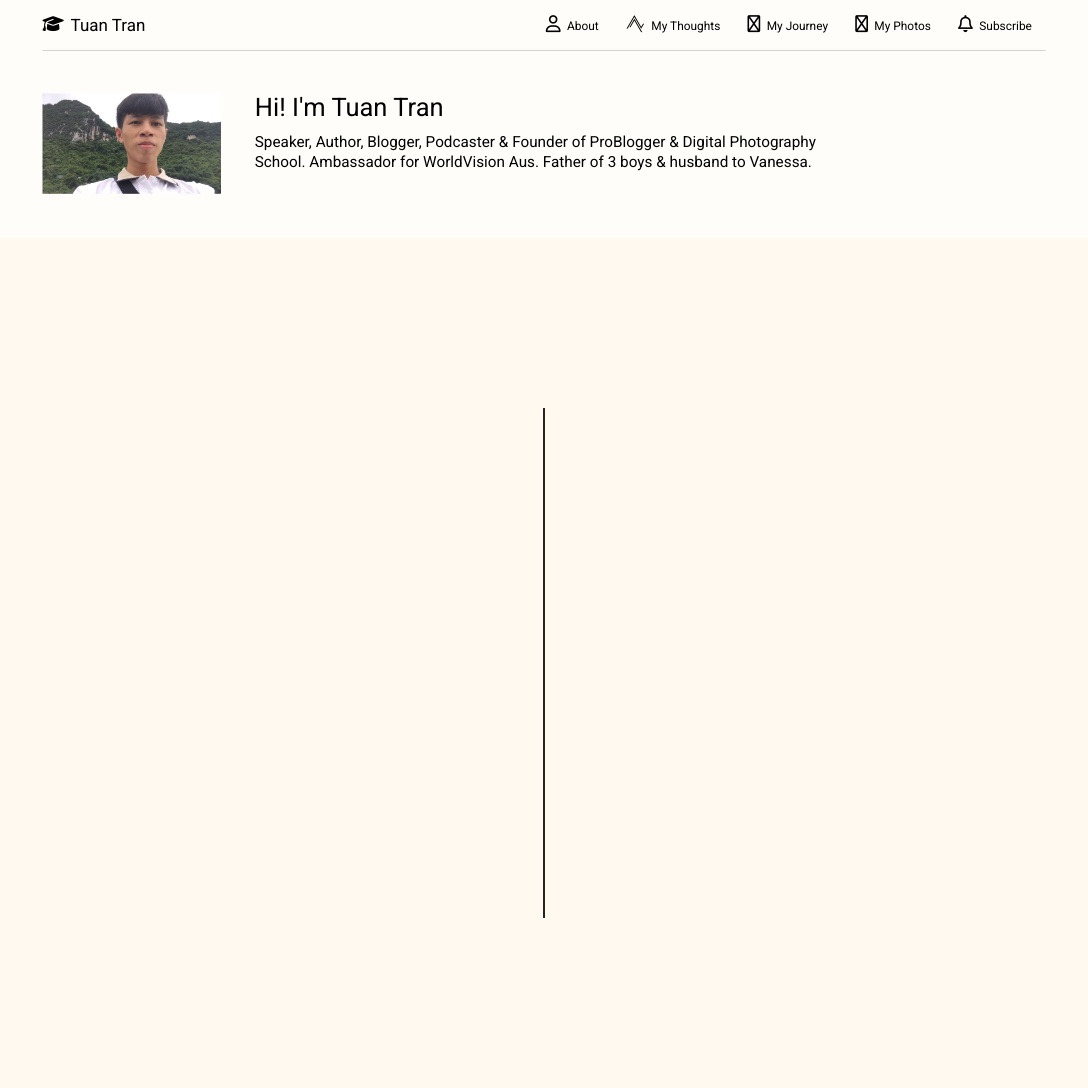
Repository: TranDinhTuann/Blog-Demo
Page: index.html
An editor plug-in stored every save of this project. The page is shown before and after the next save, followed by the edit.
The browser window is 1280 px wide. The pictures show the whole page, at 85% of full size.

Above is the page before, as saved 2023-03-22 20:13:35.

After the next save:
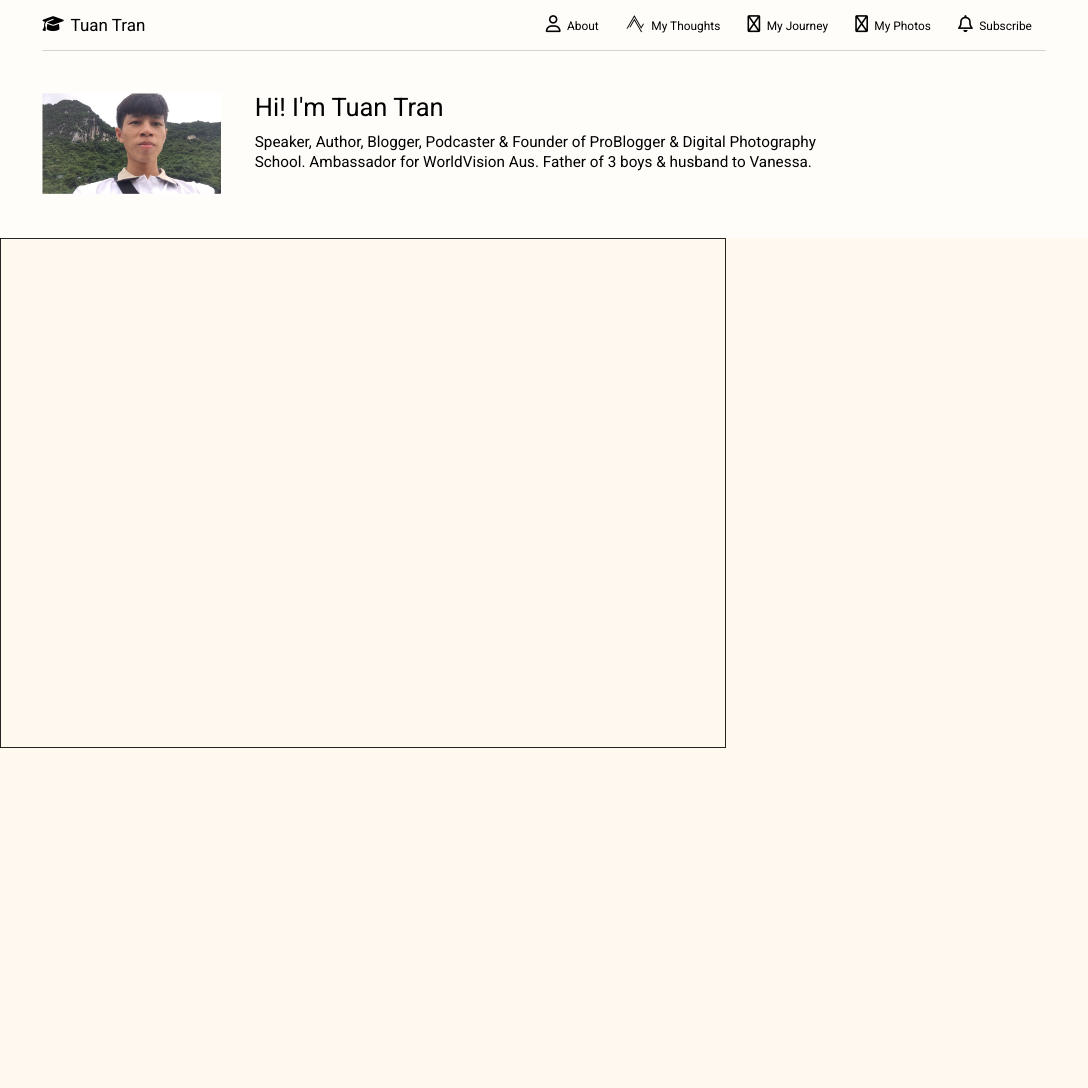
Saved 7 s later.
--- a/assets/css/main.css
+++ b/assets/css/main.css
@@ -96,7 +96,7 @@
 .grid {
     background-color: rgb(255, 249, 239);
     height: 1000px;
-    display: flex;
+    /* display: flex; */
 }
 .grid1  {
     margin: auto;
